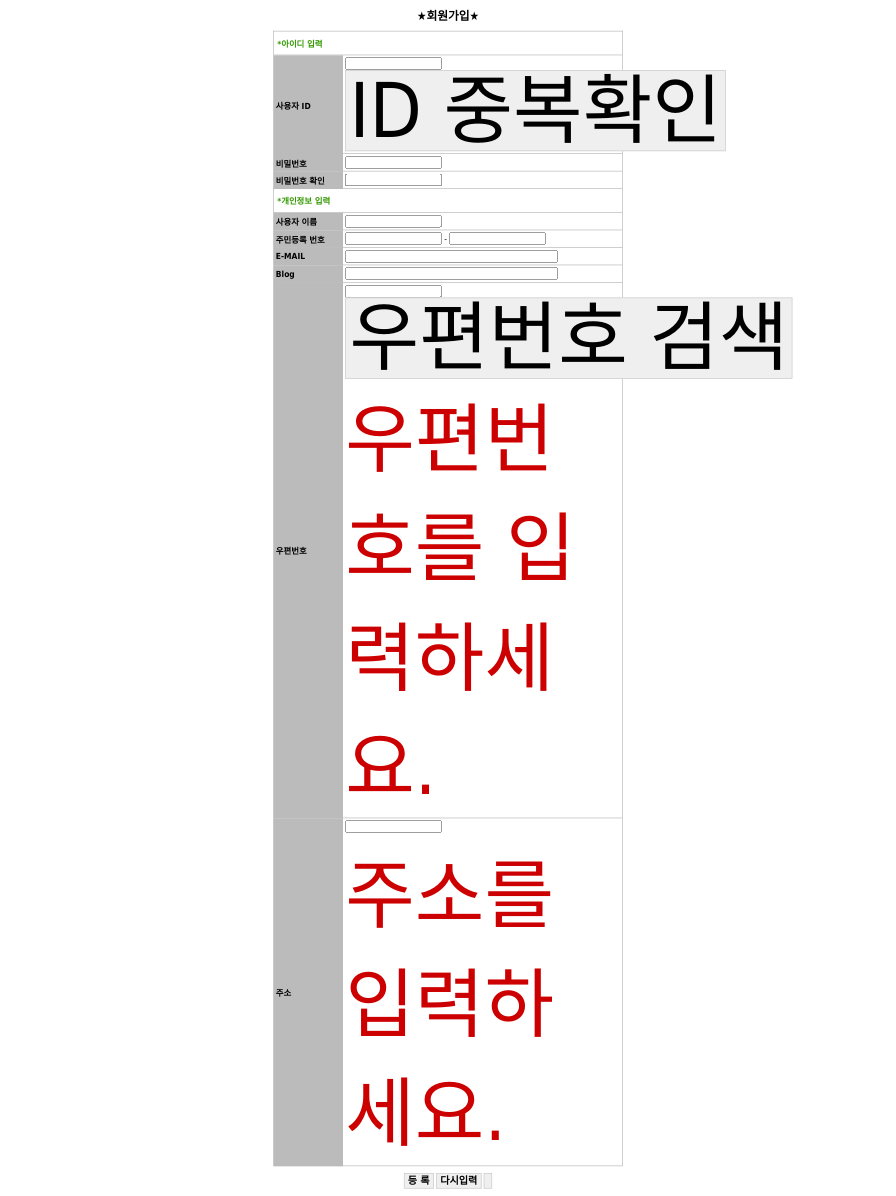
Repository: eParkjongtaek/lovedisket
Page: http://localhost/KH18_1/0904/inputForm.jsp
These files come from the project's save history. The page is drawn as it stood at one moment and after the next save; the edit follows.
The browser window is 1280 px wide. The pictures show the whole page, at 70% of full size.
The page is served by Tomcat 9.

Above is the page before, as saved 2017-09-04 04:37:47.

After the next save:
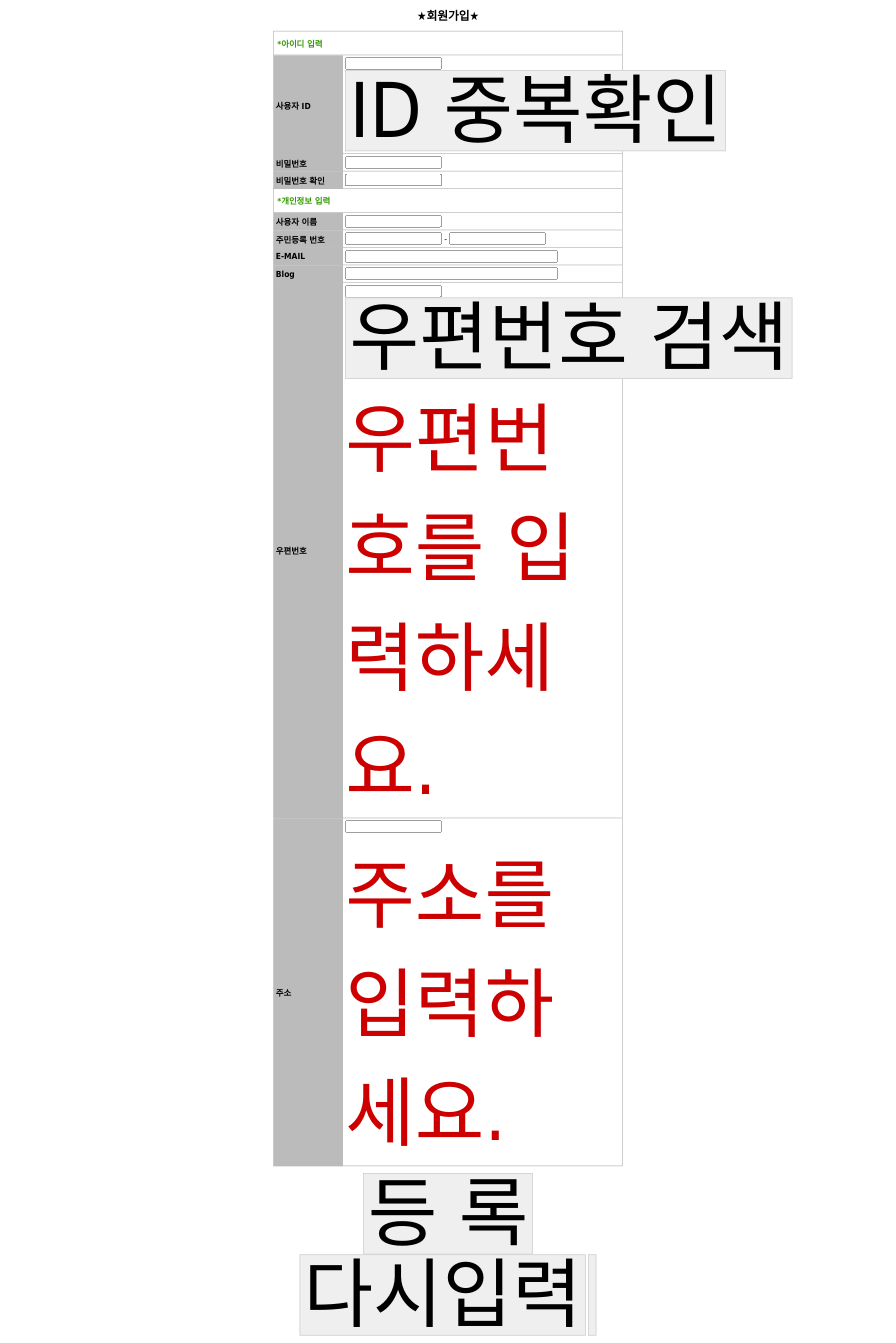
Saved 27 s later.
--- a/source/KH18_1/WebContent/0904/style.css
+++ b/source/KH18_1/WebContent/0904/style.css
@@ -17,4 +17,4 @@
 .descB {padding:2px 0; display:block;}
 th.subTitle {color:#339900; background:#fff !important; padding:8px 0 8px 5px;}
 .inputBtn {border:1px solid #ccc; padding:3px 5px; line-height:1em; font-size:9em;}
-#footer .inputBtn {font-size:1.2em; font-weight:bold;}
+#footer.inputBtn {font-size:1.2em; font-weight:bold;}

After the save that followed:
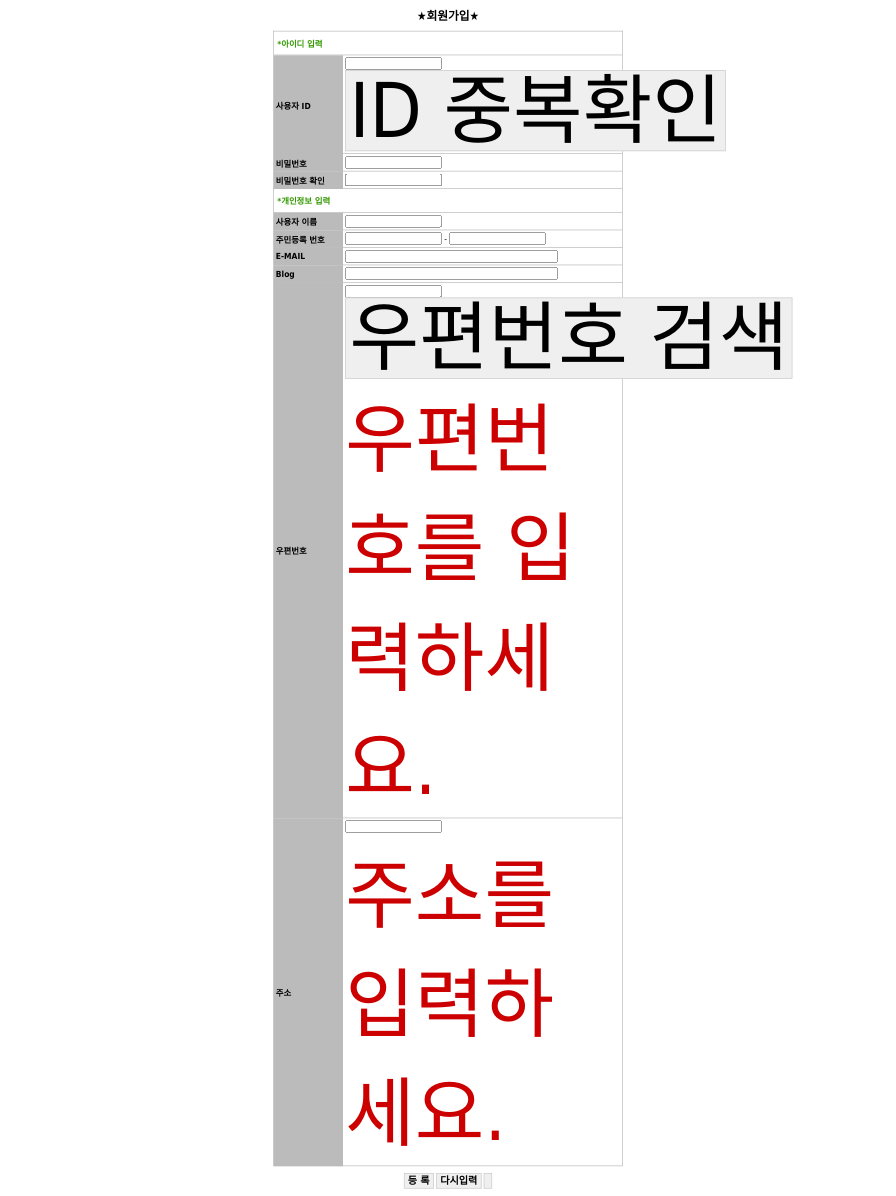
Saved 9 s later.
--- a/source/KH18_1/WebContent/0904/style.css
+++ b/source/KH18_1/WebContent/0904/style.css
@@ -17,4 +17,4 @@
 .descB {padding:2px 0; display:block;}
 th.subTitle {color:#339900; background:#fff !important; padding:8px 0 8px 5px;}
 .inputBtn {border:1px solid #ccc; padding:3px 5px; line-height:1em; font-size:9em;}
-#footer.inputBtn {font-size:1.2em; font-weight:bold;}
+#footer .inputBtn {font-size:1.2em; font-weight:bold;}
